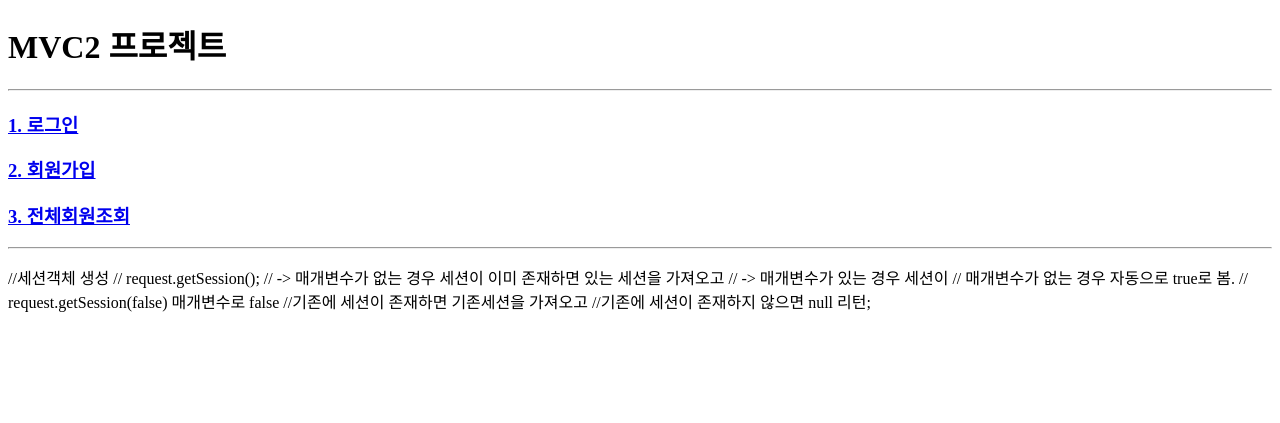
Repository: beescuit9510/toyProjects
Page: http://localhost/06_mvc2Project/
The author's editor kept a copy of each file at every save. The page is drawn from the files as they stood at one save, then again after the next save.
The browser window is 1280 px wide. The pictures show the whole page.
The page is served by Tomcat 9. Other server files are loaded and not shown.

Above is the page before, as saved 2021-10-01 03:11:03.

### web-server-workplace/06_mvc2Project/src/main/webapp/index.jsp
<%@ page language="java" contentType="text/html; charset=UTF-8"
    pageEncoding="UTF-8"%>
<!DOCTYPE html>
<html>
<head>
<meta charset="UTF-8">
<title>MVC2 프로젝트</title>
</head>
<body>
	<h1>MVC2 프로젝트</h1>
	<hr>
	<h3><a href="/views/loginFrm.jsp">1. 로그인</a></h3>
	<h3><a href="/views/joinFrm.jsp">2. 회원가입</a></h3>
	<h3><a href="/allMember">3. 전체회원조회</a></h3>

	<hr>
	<p>

			//세션객체 생성
			// request.getSession();
			// -> 매개변수가 없는 경우 세션이 이미 존재하면 있는 세션을 가져오고
			// -> 매개변수가 있는 경우 세션이
			// 매개변수가 없는 경우 자동으로 true로 봄.

			// request.getSession(false) 매개변수로 false
			//기존에 세션이 존재하면 기존세션을 가져오고
			//기존에 세션이 존재하지 않으면 null 리턴;

</body>
</html>

After the next save:
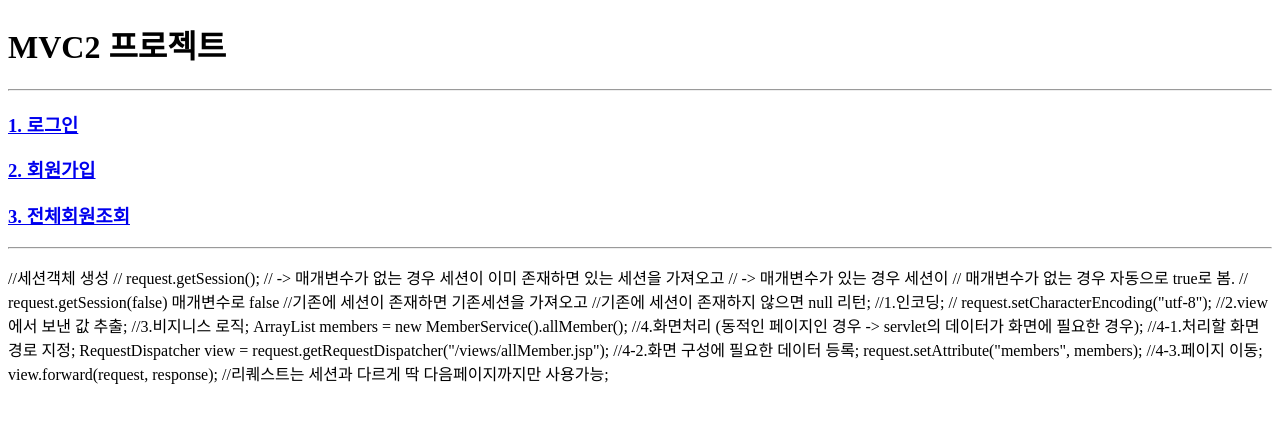
Saved 9 s later.
--- a/web-server-workplace/06_mvc2Project/src/main/webapp/index.jsp
+++ b/web-server-workplace/06_mvc2Project/src/main/webapp/index.jsp
@@ -26,5 +26,25 @@
 			//기존에 세션이 존재하면 기존세션을 가져오고
 			//기존에 세션이 존재하지 않으면 null 리턴;
 
+
+
+
+				//1.인코딩;
+//		request.setCharacterEncoding("utf-8");
+
+		//2.view에서 보낸 값 추출;
+
+		//3.비지니스 로직;
+		ArrayList<Member> members = new MemberService().allMember();
+
+		//4.화면처리 (동적인 페이지인 경우 -> servlet의 데이터가 화면에 필요한 경우);
+		//4-1.처리할 화면 경로 지정;
+		RequestDispatcher view = request.getRequestDispatcher("/views/allMember.jsp");
+		//4-2.화면 구성에 필요한 데이터 등록;
+		request.setAttribute("members", members);
+		//4-3.페이지 이동;
+		view.forward(request, response);
+
+		//리퀘스트는 세션과 다르게 딱 다음페이지까지만 사용가능;
 </body>
 </html>
